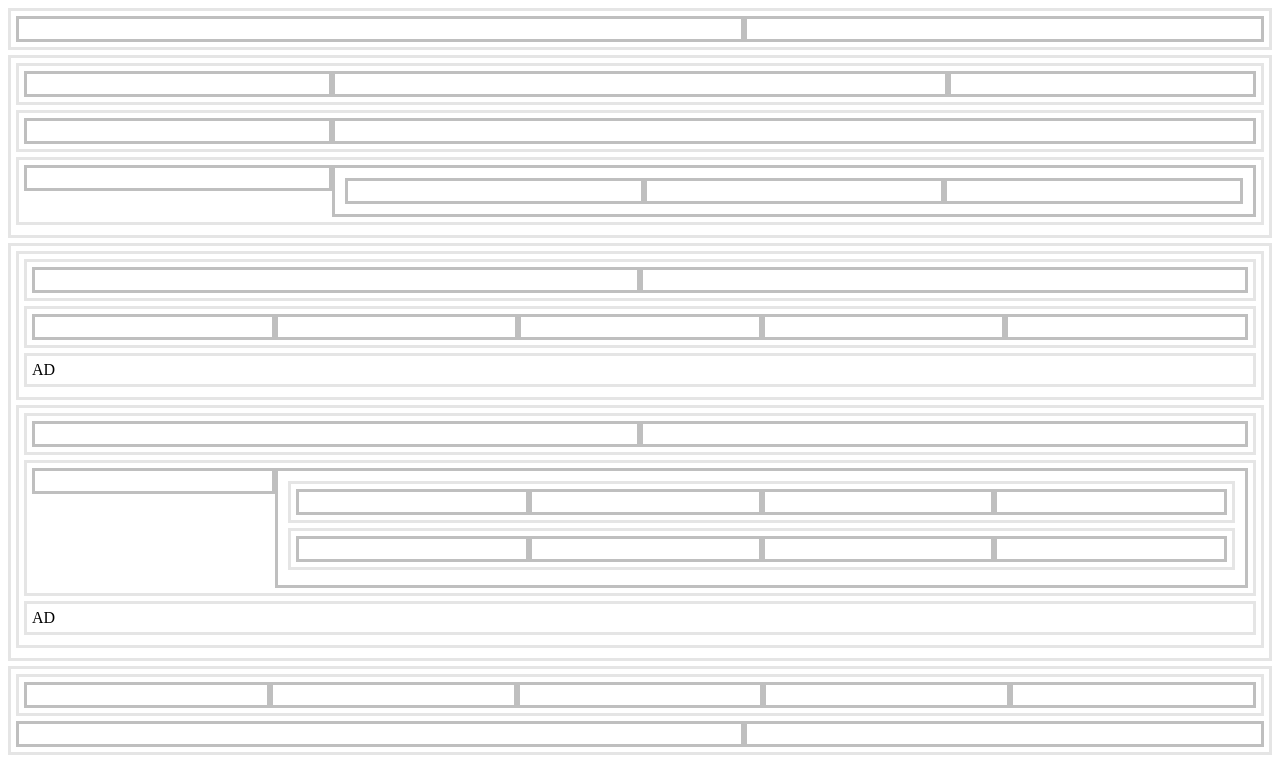
Repository: 0xbul1/biao-class-3
Page: practice/012-float-grid/index5.html
The author's editor kept a copy of each file at every save. The page is drawn from the files as they stood at one save, then again after the next save.
The browser window is 1280 px wide. The pictures show the whole page.

Above is the page before, as saved 2018-10-03 19:00:25.

After the next save:
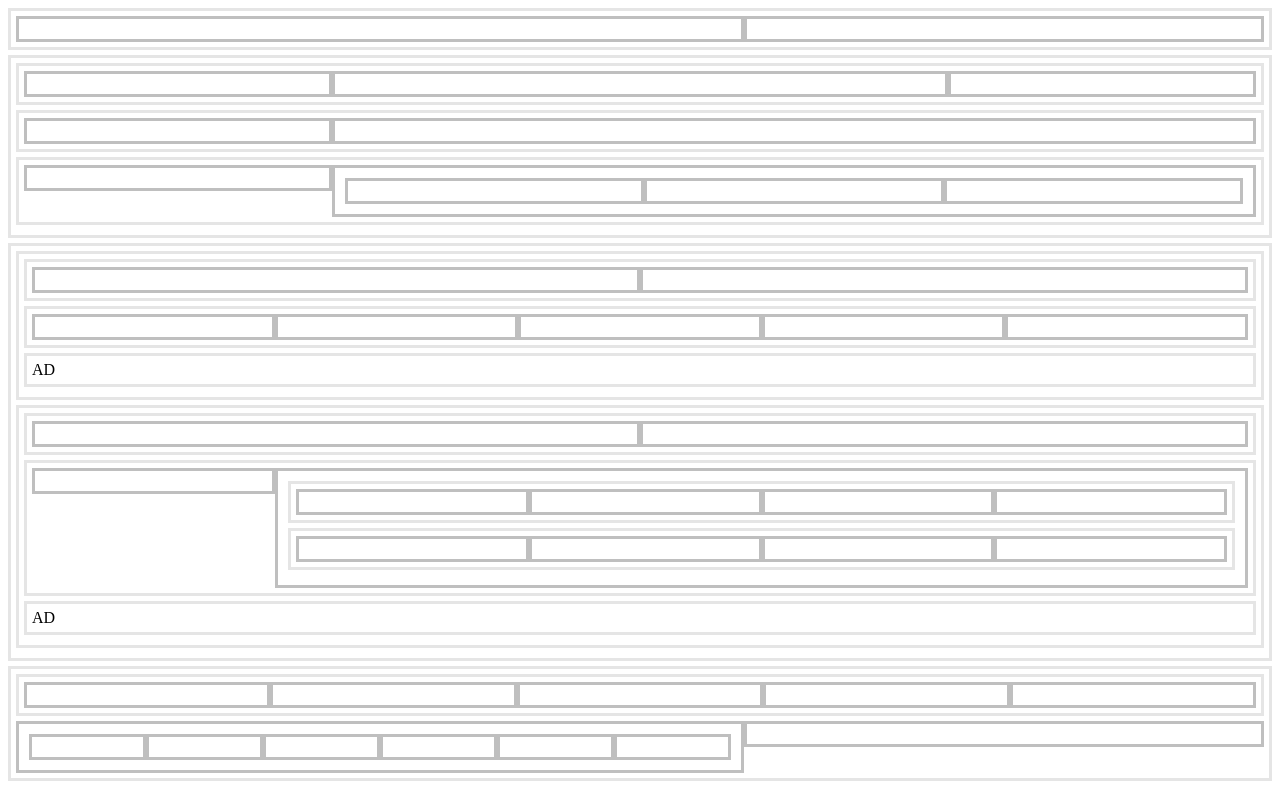
Saved 9 s later.
--- a/practice/012-float-grid/index5.html
+++ b/practice/012-float-grid/index5.html
@@ -151,6 +151,13 @@
         <div class="col-2-5"></div>
         <div class="col-2-5"></div>
     </div>
-    <div class="col-7"></div>
+    <div class="col-7">
+        <div class="col-2"></div>
+        <div class="col-2"></div>
+        <div class="col-2"></div>
+        <div class="col-2"></div>
+        <div class="col-2"></div>
+        <div class="col-2"></div>
+    </div>
     <div class="col-5"></div>
 </div>
